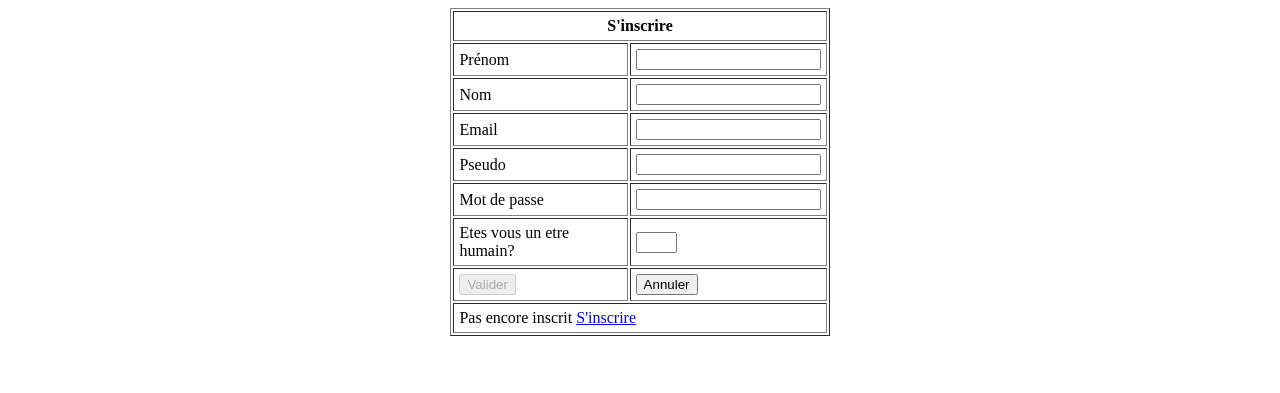
Repository: t2isoft/Login-jee
Page: http://localhost/spring-security-loginform-database/WEB-INF/pages/reg.jsp
An editor plug-in stored every save of this project. The page is shown before and after the next save, followed by the edit.
The browser window is 1280 px wide. The pictures show the whole page.
The page is served by Tomcat 9. Nobody is signed in. The template is opened directly, without the code that normally fills it, so the values that code supplies are empty.

Above is the page before, as saved 2015-11-24 09:29:51.

After the next save:
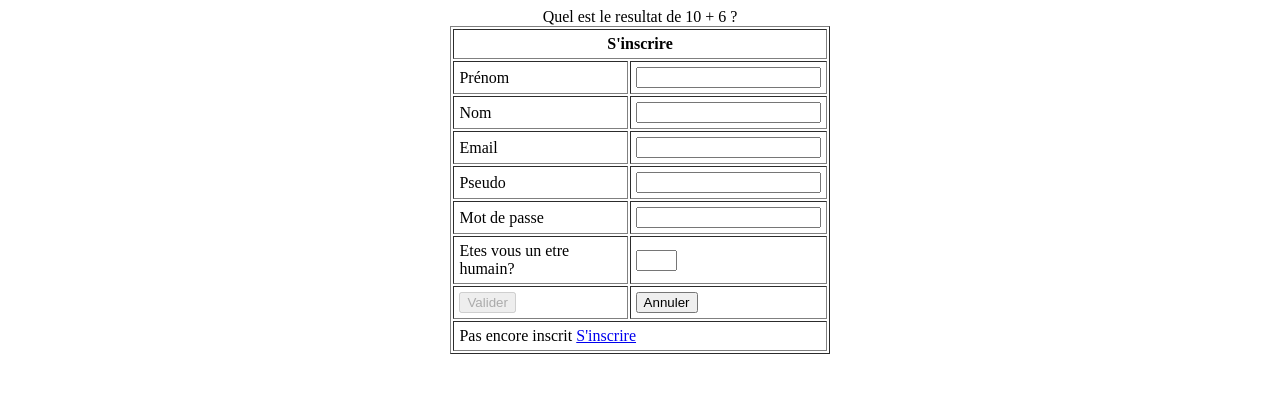
Saved 31 s later.
--- a/spring-security-loginform-database/src/main/webapp/WEB-INF/pages/reg.jsp
+++ b/spring-security-loginform-database/src/main/webapp/WEB-INF/pages/reg.jsp
@@ -51,6 +51,7 @@
                     </tr>
                     <tr>
                         <td>Etes vous un etre humain?</td>
+                        <script type="text/javascript">DrawBotBoot()</script>
                         <td><input id='BotBootInput' type='text' maxlength='2' size='2' onChange="ValidBotBoot();" /></td>
                         <!--  <td><script type="text/javascript">DrawBotBoot()</script>  -->
                     </tr>
